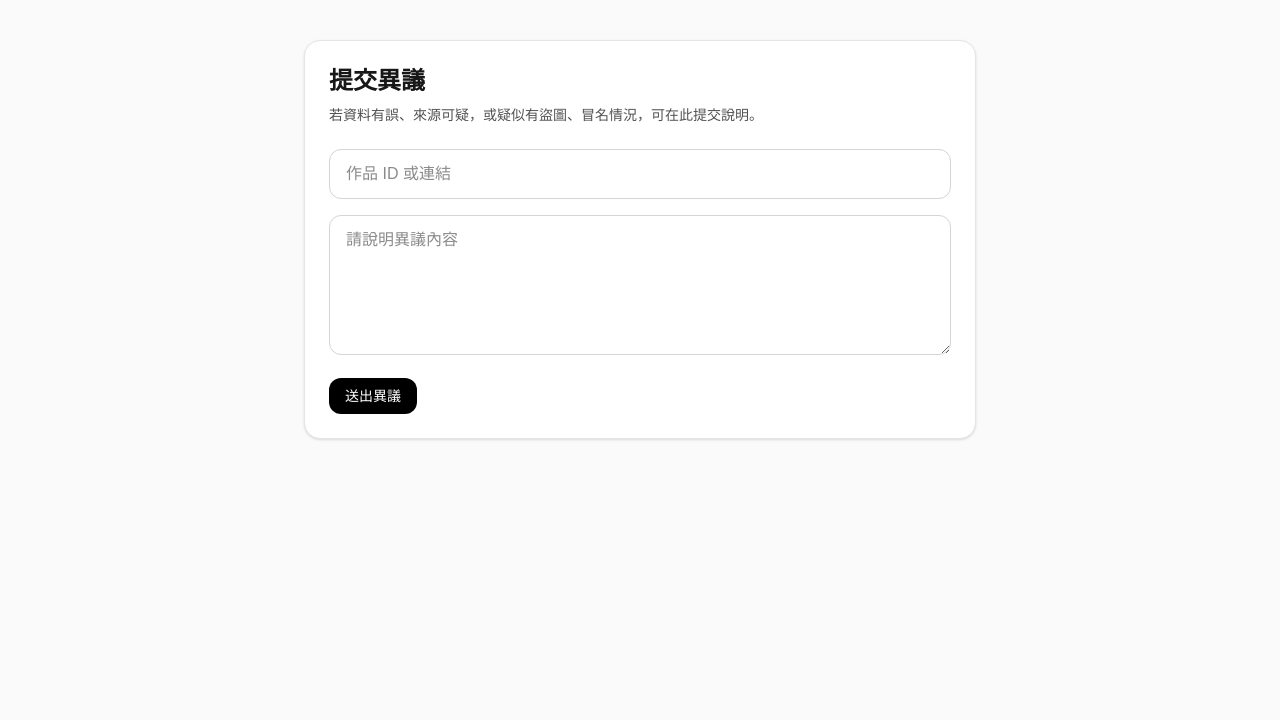
Repository: tzuhan2575/cheering-source-site
Page: /item/report
These files come from the project's save history. The page is drawn as it stood at one moment and after the next save; the edit follows.
The browser window is 1280 px wide. The pictures show the whole page.
The project was rebuilt for these pictures with package versions that can differ from the ones it lists, and the page was loaded fresh each time. The framework's server and built-in components were replaced by stand-ins that run in the browser. Also part of the build but not shown: next.config.ts.

Above is the page before, as saved 2026-03-13 20:44:56.

### app/item/report/page.tsx
export default function ReportPage() {
  return (
    <main className="min-h-screen bg-neutral-50 px-6 py-10">
      <div className="mx-auto max-w-2xl rounded-2xl border border-neutral-200 bg-white p-6 shadow-sm">
        <h1 className="text-2xl font-bold text-neutral-900">提交異議</h1>
        <p className="mt-2 text-sm text-neutral-600">
          若資料有誤、來源可疑，或疑似有盜圖、冒名情況，可在此提交說明。
        </p>

        <div className="mt-6 space-y-4">
          <input
            type="text"
            placeholder="作品 ID 或連結"
            className="w-full rounded-xl border border-neutral-300 px-4 py-3"
          />
          <textarea
            placeholder="請說明異議內容"
            className="min-h-[140px] w-full rounded-xl border border-neutral-300 px-4 py-3"
          />
          <button className="rounded-xl bg-black px-4 py-2 text-sm text-white">
            送出異議
          </button>
        </div>
      </div>
    </main>
  );
}

Loaded but not shown: app/layout.tsx (common file); app/globals.css (common file)

After the next save:
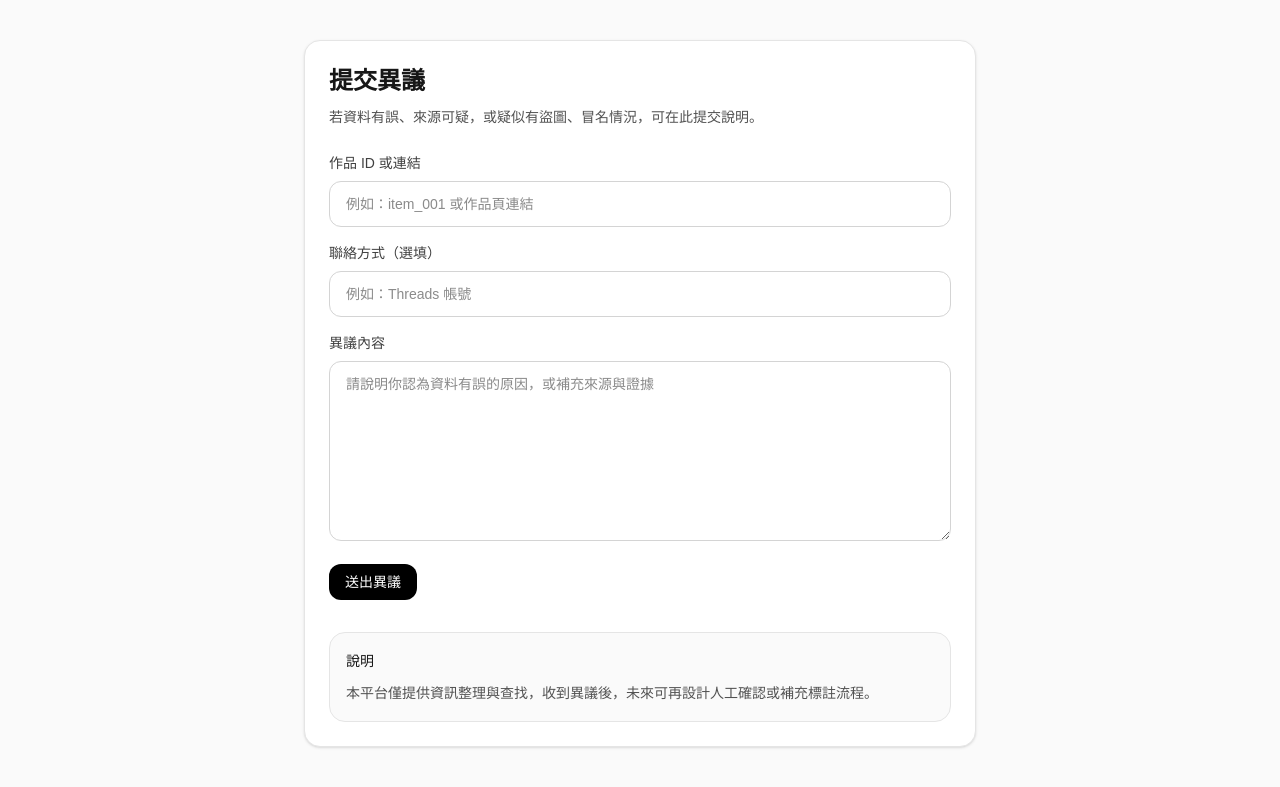
Saved 10 s later.
--- a/app/item/report/page.tsx
+++ b/app/item/report/page.tsx
@@ -3,23 +3,56 @@ export default function ReportPage() {
     <main className="min-h-screen bg-neutral-50 px-6 py-10">
       <div className="mx-auto max-w-2xl rounded-2xl border border-neutral-200 bg-white p-6 shadow-sm">
         <h1 className="text-2xl font-bold text-neutral-900">提交異議</h1>
-        <p className="mt-2 text-sm text-neutral-600">
+        <p className="mt-2 text-sm leading-6 text-neutral-600">
           若資料有誤、來源可疑，或疑似有盜圖、冒名情況，可在此提交說明。
         </p>
 
         <div className="mt-6 space-y-4">
-          <input
-            type="text"
-            placeholder="作品 ID 或連結"
-            className="w-full rounded-xl border border-neutral-300 px-4 py-3"
-          />
-          <textarea
-            placeholder="請說明異議內容"
-            className="min-h-[140px] w-full rounded-xl border border-neutral-300 px-4 py-3"
-          />
-          <button className="rounded-xl bg-black px-4 py-2 text-sm text-white">
+          <div>
+            <label className="mb-2 block text-sm font-medium text-neutral-700">
+              作品 ID 或連結
+            </label>
+            <input
+              type="text"
+              placeholder="例如：item_001 或作品頁連結"
+              className="w-full rounded-xl border border-neutral-300 px-4 py-3 text-sm outline-none transition focus:border-neutral-500"
+            />
+          </div>
+
+          <div>
+            <label className="mb-2 block text-sm font-medium text-neutral-700">
+              聯絡方式（選填）
+            </label>
+            <input
+              type="text"
+              placeholder="例如：Threads 帳號"
+              className="w-full rounded-xl border border-neutral-300 px-4 py-3 text-sm outline-none transition focus:border-neutral-500"
+            />
+          </div>
+
+          <div>
+            <label className="mb-2 block text-sm font-medium text-neutral-700">
+              異議內容
+            </label>
+            <textarea
+              placeholder="請說明你認為資料有誤的原因，或補充來源與證據"
+              className="min-h-[180px] w-full rounded-xl border border-neutral-300 px-4 py-3 text-sm outline-none transition focus:border-neutral-500"
+            />
+          </div>
+
+          <button
+            type="button"
+            className="rounded-xl bg-black px-4 py-2 text-sm text-white transition hover:opacity-90"
+          >
             送出異議
           </button>
+        </div>
+
+        <div className="mt-8 rounded-2xl border border-neutral-200 bg-neutral-50 p-4 text-sm leading-6 text-neutral-600">
+          <p className="font-medium text-neutral-900">說明</p>
+          <p className="mt-2">
+            本平台僅提供資訊整理與查找，收到異議後，未來可再設計人工確認或補充標註流程。
+          </p>
         </div>
       </div>
     </main>
